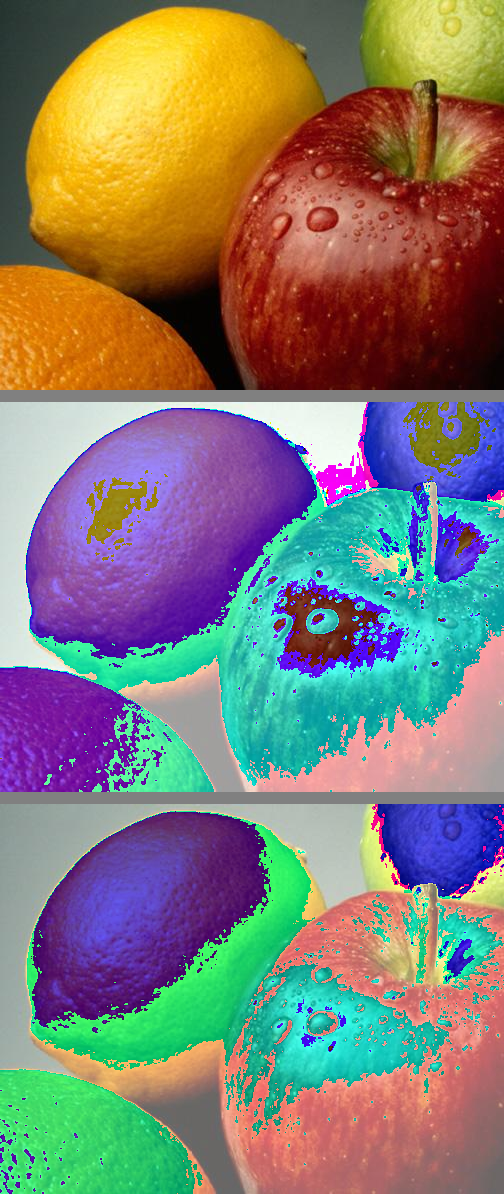
Repository: Dapravith/I5-GIC-Image-Processing
Script's output: python ROTHA_Dapravith_e20190915_TP5.py
The author's editor kept a copy of each file at every save. The script's output is drawn from the files as they stood at one save, then again after the next save.
Each picture stacks the figures in order, with grey between them; figures that are only written to a file come last. Random numbers start from a fixed seed. It also reads images/fruit3.jpg.

Above is the script's output before, as saved 2024-01-18 09:17:56.

### ROTHA_Dapravith_e20190915_TP5.py
import cv2 as cv
import numpy as np
img = cv.imread("images/fruit3.jpg")
image = cv.imshow("Image",img)

def darkness():
    darkness =np.copy(img)
    modify_value= 100
    for x in range(len(img)):
        for y in range(len(img[x])):
            #Operation
            new_R = img[x,y,2] - modify_value
            new_G = img[x,y,1] - modify_value
            new_B = img[x,y,0] - modify_value
            # check condition of the intensity which is smaller than 0
            if new_B < 0:
                new_B = 0
            if new_G < 0:
                new_G=0
            if new_R <0:
                new_R=0
            #Add new intensity which has modified value
            darkness[x,y] = [new_B,new_G,new_R]
    cv.imshow("Darkness Image",darkness)

def brightness():
    brightness= np.copy(img)
    modify_value= 100
    for x in range(len(img)):
        for y in range(len(img[x])):
            #Operation
            new_R = modify_value + img[x,y,2]
            new_G = modify_value + img[x,y,1]
            new_B = modify_value + img[x,y,0]
            # check condition of the intensity which is bigger than 255
            if new_B > 255:
                new_B = 255
            if new_G > 255:
                new_G = 255
            if new_R > 255:
                new_R = 255
            #Add new intensity which has modified value
            brightness[x,y] = [new_B,new_G,new_R]
    cv.imshow("Brightness Image",brightness)

image
darkness()
brightness()
cv.waitKey(0)

After the next save:
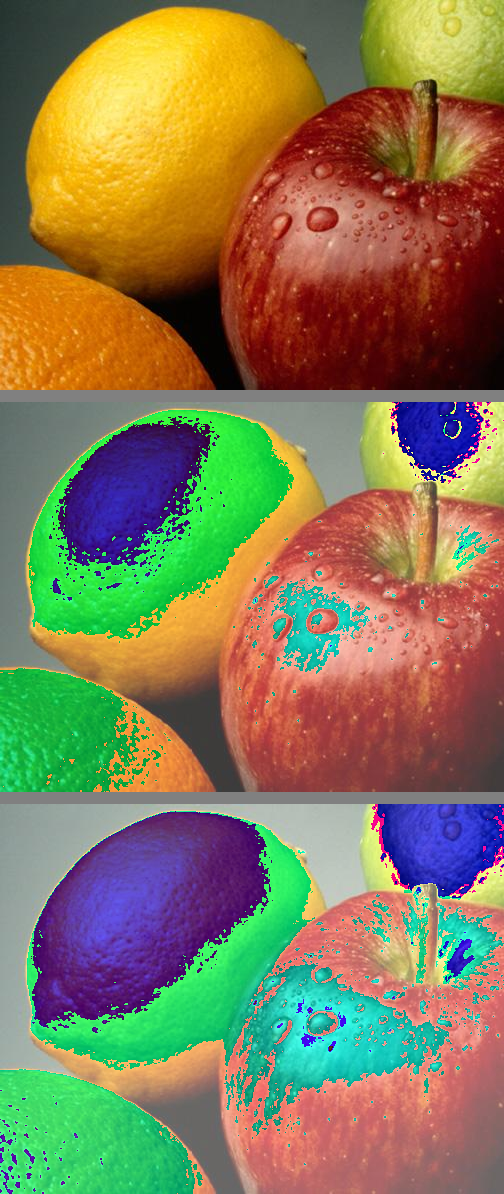
Saved 82 s later.
--- a/ROTHA_Dapravith_e20190915_TP5.py
+++ b/ROTHA_Dapravith_e20190915_TP5.py
@@ -5,7 +5,7 @@ image = cv.imshow("Image",img)
 
 def darkness():
     darkness =np.copy(img)
-    modify_value= 100
+    modify_value= 199
     for x in range(len(img)):
         for y in range(len(img[x])):
             #Operation
